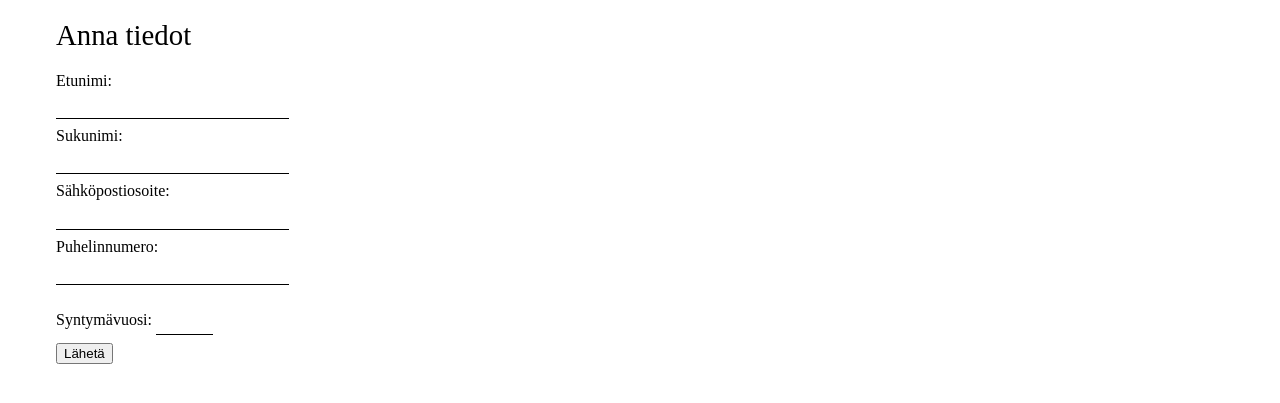
Repository: sirkian/ohj2-t4
Page: http://localhost/Tehtava3/kysy.jsp
These files come from the project's save history. The page is drawn as it stood at one moment and after the next save; the edit follows.
The browser window is 1280 px wide. The pictures show the whole page.
The page is served by Tomcat 9.

Above is the page before, as saved 2022-03-23 13:30:59.

After the next save:
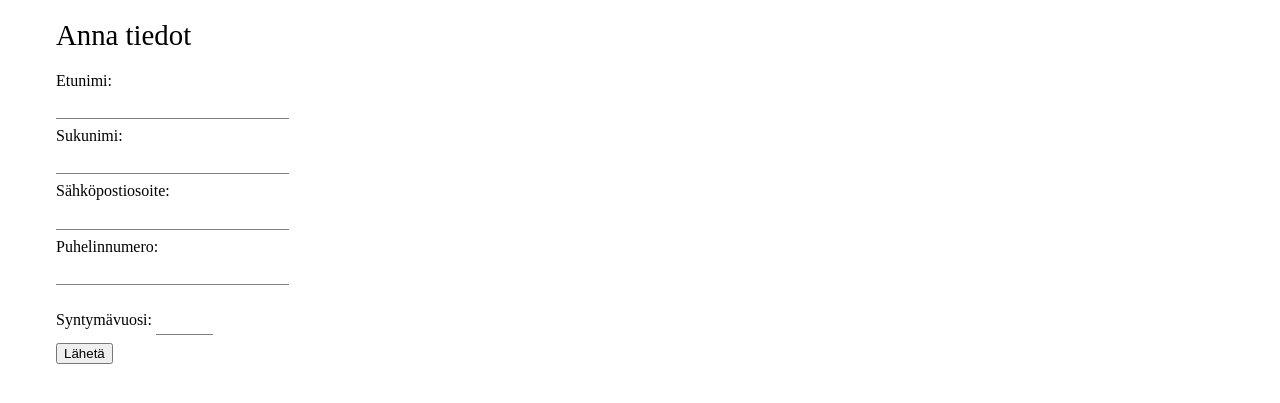
Saved 29 s later.
--- a/Tehtava3/src/main/webapp/kysy.jsp
+++ b/Tehtava3/src/main/webapp/kysy.jsp
@@ -16,7 +16,7 @@
 	input[type=email] {
 		width: 100%;
 		border: none;
-		border-bottom: 1px solid black;
+		border-bottom: 1px solid gray;
 		padding: .5em;
 		margin-bottom: .6em;
 	}
